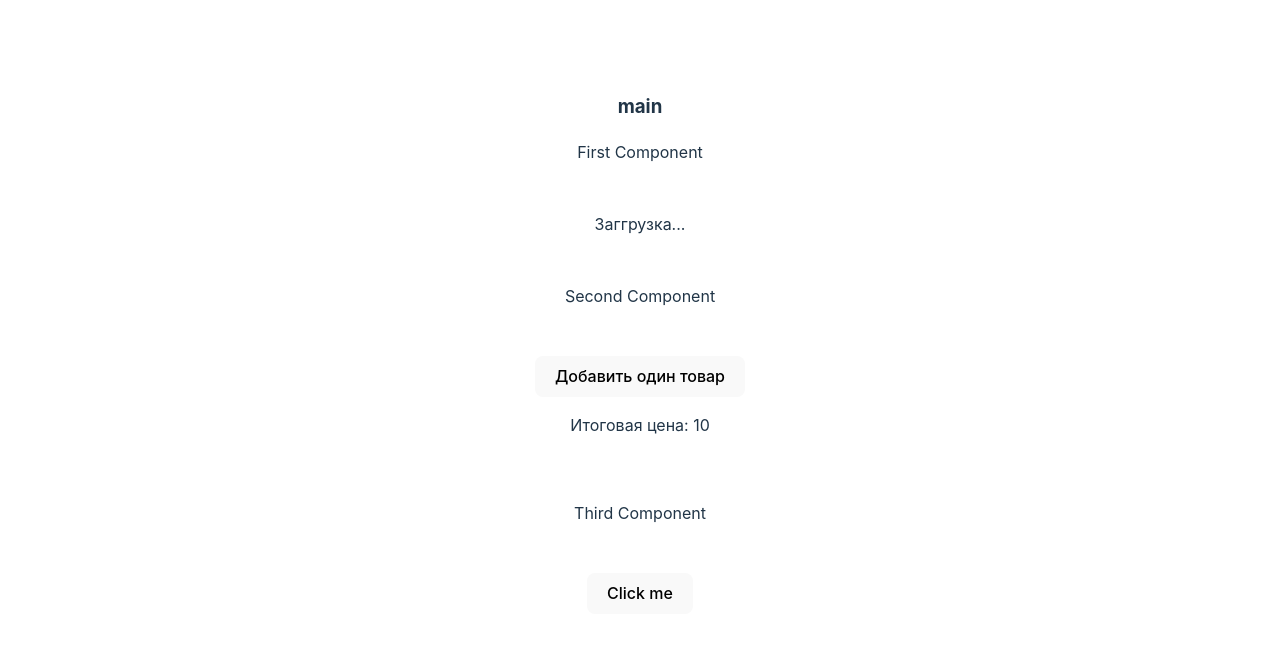
Repository: iveivs/ninim
Page: / (app in top-mistakes/)
These files come from the project's save history. The page is drawn as it stood at one moment and after a run of saves; the edit follows.
The browser window is 1280 px wide. The pictures show the whole page.
The page's requests for data from a server got no answer. The project was rebuilt for these pictures with package versions that can differ from the ones it lists, and the page was loaded fresh each time. No one was signed in, and anything a server would have sent is missing. Also part of the build but not shown: top-mistakes/vite.config.js.

Above is the page before, as saved 2024-02-03 19:04:42.

After the next 5 saves:
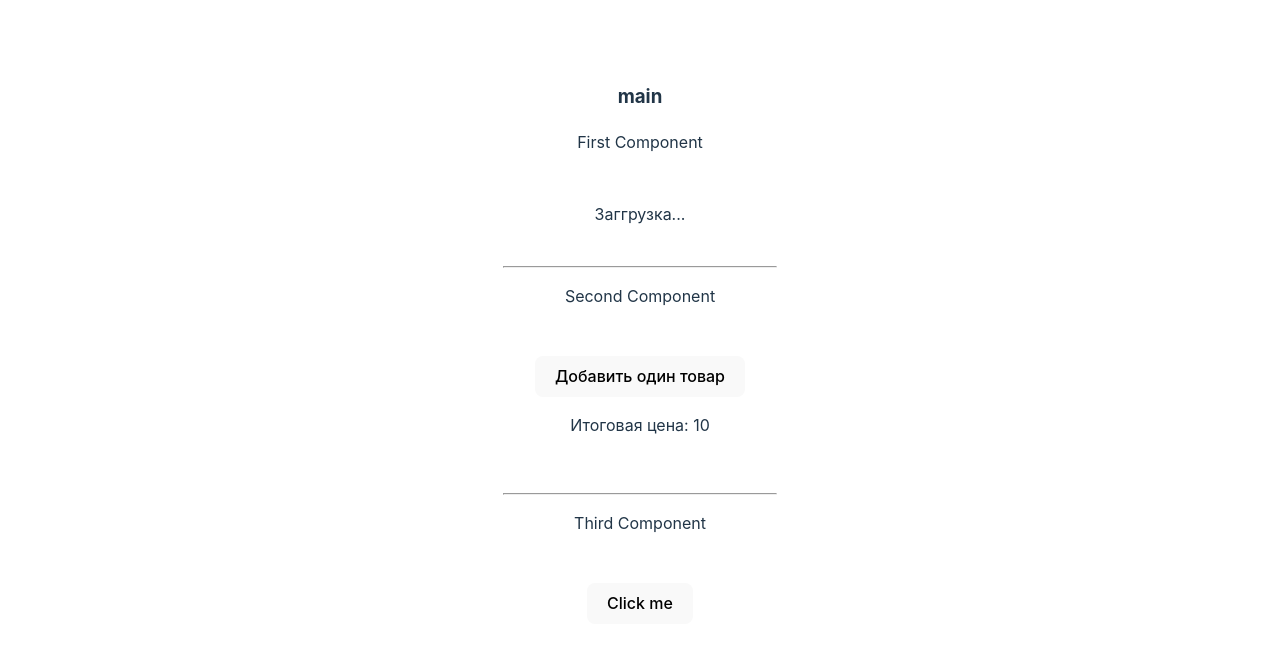
The 5 saves are shown as one change because they came seconds apart.
The last was saved 12 s later.
--- a/top-mistakes/src/App.jsx
+++ b/top-mistakes/src/App.jsx
@@ -12,8 +12,9 @@ function App() {
     <>
       <h3>main</h3>
       <First />
-
+      <hr />
       <Second  />
+      <hr />
       <Third  />
     </>
   )
